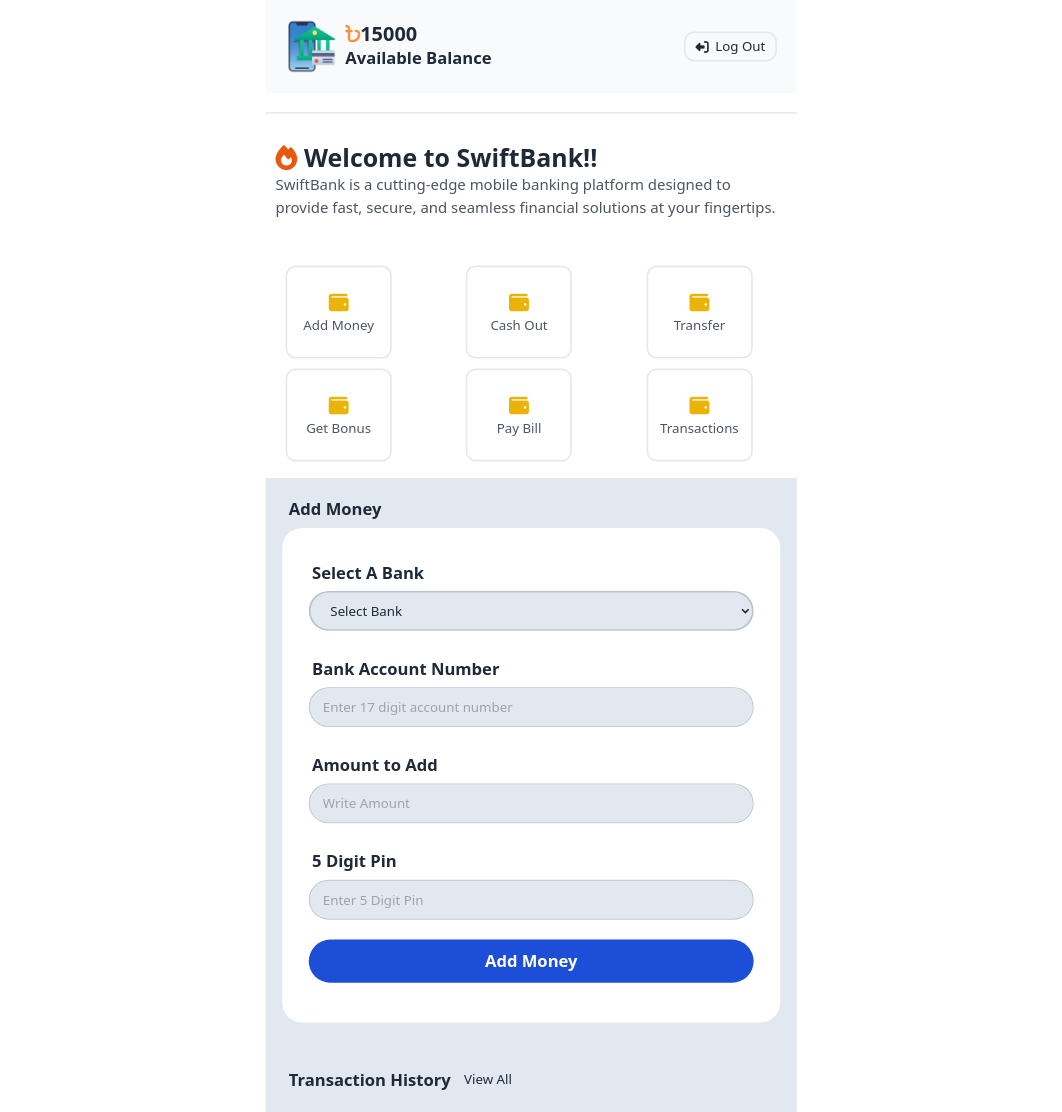
Repository: mukaddam-coder/swift-bank-mobile-banking
Page: home.html
The author's editor kept a copy of each file at every save. The page is drawn from the files as they stood at one save, then again after the next save.
The browser window is 1280 px wide. The pictures show the whole page, at 83% of full size.
Some web libraries are served in a nearby version.

Above is the page before, as saved 2024-12-15 02:40:39.

### home.html
<!DOCTYPE html>
<html lang="en">
<head>
    <meta charset="UTF-8">
    <meta name="viewport" content="width=device-width, initial-scale=1.0">
    <title>SwiftBank</title>
    <!-- Fontawesome CDN -->
    <script src="https://kit.fontawesome.com/c4e7b2ed2f.js" crossorigin="anonymous"></script>
    <!-- Google Fonts -->
    <link rel="preconnect" href="https://fonts.googleapis.com">
    <link rel="preconnect" href="https://fonts.gstatic.com" crossorigin>
    <link href="https://fonts.googleapis.com/css2?family=Montserrat:ital,wght@0,100..900;1,100..900&display=swap" rel="stylesheet">
    <!-- Tailwind + DaisyUi CDN -->
    <link href="https://cdn.jsdelivr.net/npm/daisyui@4.12.19/dist/full.min.css" rel="stylesheet" type="text/css" />
    <script src="https://cdn.tailwindcss.com"></script>

</head>
<body>

<main>
  <div class="w-1/2 mx-auto p-6 bg-slate-50 h-full flex justify-between items-center">
    <div class="flex gap-2">
        <!-- Logo -->
    <div>
    <img class="w-16 h-16" src="images/mobile-banking.png">
    </div>
    <div>
   <h2 class="text-2xl font-bold" id="main-balance">
   <i class="fa-solid fa-bangladeshi-taka-sign text-orange-400"></i>15000</h2>
   <p class="font-semibold text-xl">Available Balance</p>
</div>
</div>
<div>
<button class="border-2 w-28 px-1 py-1 rounded-xl"> <i class="fa-solid fa-right-from-bracket rotate-180 mr-2"></i>Log Out</button>
</div>
        </div>
    <div class="divider w-1/2 mx-auto"></div>
    <!-- Greetings Section -->
        <section class="w-1/2 mx-auto p-3">
            <h1 class="font-bold text-3xl"><i class="fa-solid fa-fire text-orange-600 text-3xl mr-2"></i>Welcome to SwiftBank!!</h1>
            <p class="text-gray-600 text-lg">
                SwiftBank is a cutting-edge mobile banking platform designed to provide fast, secure, and seamless financial solutions at your fingertips.
            </p>
        </section>
     <!-- User Actionable Dashboard -->

     <section class="w-1/2 mx-auto py-8 grid grid-cols-3 gap-3">

            <div class="w-32 h-28 ml-3 p-3">
                <button id="show-add-money-section" class="border-2 w-32 h-28 rounded-xl bg-white text-gray-600">
                    <p>
                <i class="fa-solid fa-wallet text-yellow-500 text-2xl"></i>
                    </p>
                Add Money
            </button>
                </div>
                <div class="w-32 h-28 ml-3 p-3">
                <button id="show-cash-out-section" class="border-2 w-32 h-28 rounded-xl bg-white text-gray-600">
                    <p>
                <i class="fa-solid fa-wallet text-yellow-500 text-2xl"></i>
                    </p>
                Cash Out
            </button>
                </div>
                <div class="w-32 h-28 ml-3 p-3">
                <button id="show-money-transfer-section" class="border-2 w-32 h-28 rounded-xl bg-white text-gray-600">
                    <p>
                <i class="fa-solid fa-wallet text-2xl text-yellow-500"></i>
                    </p>
                Transfer
            </button>
                </div>
                <div class="w-32 h-28 ml-3 p-3">
                <button id="show-get-bonus-section" class="border-2 w-32 h-28 rounded-xl bg-white text-gray-600">
                    <p>
                <i class="fa-solid fa-wallet text-2xl text-yellow-500"></i>
                    </p>
                Get Bonus
            </button>
                </div>
                <div class="w-32 h-28 ml-3 p-3">
                <button id="show-pay-bill-section" class="border-2 w-32 h-28 rounded-xl bg-white text-gray-600">
                    <p>
                <i class="fa-solid fa-wallet text-2xl text-yellow-500"></i>
                    </p>
                Pay Bill
            </button>
                </div>
                <div class="w-32 h-28 ml-3 p-3">
                <button class="border-2 w-32 h-28 rounded-xl bg-white text-gray-600">
                    <p>
                <i class="fa-solid fa-wallet text-2xl text-yellow-500"></i>
                    </p>
                Transactions
            </button>
    </div>
      </section>
      <!-- Add Money Section Start -->
      <section id ="add-money-section" class="w-1/2 mx-auto px-5 py-4 bg-slate-200">
        <h2 class="p-2 font-bold text-xl">Add Money</h2>
        <form class="card-body bg-white rounded-3xl">
            <div class="form-control mb-4">
              <label class="label">
                <span class="label-text font-semibold text-xl">Select A Bank</span>
              </label>
              <select id="bank"  class="input-bordered rounded-full bg-slate-200 h-12 px-5 border-2">
                <option value="Select Bank">Select Bank</option>
                <option value="AB Bank PLC">AB Bank PLC</option>
                <option value="Bangladesh Commerce Bank Limited">Bangladesh Commerce Bank Limited</option>
                <option value="Islami Bank Bangladesh PLC">Islami Bank Bangladesh PLC</option>
                <option value="Dutch-Bangla Bank PLC">Dutch-Bangla Bank PLC</option>
                <option value="Jamuna Bank Limited">Jamuna Bank Limited</option>
                <option value="Trust Bank PLC">Trust Bank PLC</option>
              </select>
              </div>
            <div class="form-control mb-4">
              <label class="label">
                <span class="label-text font-semibold text-xl">Bank Account Number</span>
              </label>
              <input id="input-bank-account-field" type="text" placeholder="Enter 17 digit account number" class="input input-bordered rounded-full bg-slate-200" required />
            </div>
            <div class="form-control mb-4">
              <label class="label">
                <span class="label-text font-semibold text-xl">Amount to Add</span>
              </label>
              <input id="input-amount-field" type="text" placeholder="Write Amount" class="input input-bordered rounded-full bg-slate-200" required />
              </div>
            <div class="form-control mb-4">
              <label class="label">
                <span class="label-text font-semibold text-xl">5 Digit Pin</span>
              </label>
              <input id="input-add-money-pin-number" type="password" placeholder="Enter 5 Digit Pin" class="input input-bordered rounded-full bg-slate-200" required />
              </div>
            <div class="form-control mb-4">
              <button id="btn-add-money" class="bg-blue-700 font-bold text-xl text-white p-3 rounded-full">Add Money</button>
            </div>
          </form>
          <!-- Result Message -->
        <p id="result-message" class="text-center font-bold text-lg mt-4"></p>
      </section>
      <!-- Add Money Section End -->

      <!-- Cash Out Section Start -->
      <section id ="cash-out-section" class="hidden w-1/2 mx-auto px-5 py-4 bg-slate-200">
        <h2 class="p-2 font-bold text-xl">Cash Out</h2>
        <form class="card-body bg-white rounded-3xl">
            <div class="form-control mb-4">
              <label class="label">
                <span class="label-text font-semibold text-xl">Agent Number</span>
              </label>
              <input type="number" id="input-cash-out-phone" placeholder="Enter 11 digit number" class="input input-bordered rounded-full bg-slate-200" maxlength="11" required >
              </div>
             <div class="form-control mb-4">
              <label class="label">
                <span class="label-text font-semibold text-xl">Withdrawal Amount</span>
              </label>
              <input id="input-cash-out-field" type="text" placeholder="Write Amount" class="input input-bordered rounded-full bg-slate-200" required />
            </div>
            <div class="form-control mb-4">
              <label class="label">
                <span class="label-text font-semibold text-xl">5 Digit Pin</span>
              </label>
              <input id="input-cash-out-pin-number" type="password" placeholder="Enter 5 Digit Pin" class="input input-bordered rounded-full bg-slate-200" required />
              </div>
          <div class="form-control mb-4">
              <button id="btn-cash-out" class="bg-blue-700 font-bold text-xl text-white p-3 rounded-full">Cash Out</button>
            </div>
          </form>
      </section>
     <!-- Cash Out Section End -->

     <!-- Money Transfer Section Start -->
     <section id ="money-transfer-section" class="hidden w-1/2 mx-auto px-5 py-4 bg-slate-200">
      <h2 class="p-2 font-bold text-xl">Money Transfer</h2>
      <form class="card-body bg-white rounded-3xl">
          <div class="form-control mb-4">
            <label class="label">
              <span class="label-text font-semibold text-xl">User Account Number</span>
            </label>
            <input type="number" id="input-money-transfer-number" placeholder="Enter 11 digit number" class="input input-bordered rounded-full bg-slate-200" maxlength="11" required >
            </div>
           <div class="form-control mb-4">
            <label class="label">
              <span class="label-text font-semibold text-xl">Amount</span>
            </label>
            <input id="input-money-transfer-amount" type="text" placeholder="Enter Amount to transfer" class="input input-bordered rounded-full bg-slate-200" required />
          </div>
          <div class="form-control mb-4">
            <label class="label">
              <span class="label-text font-semibold text-xl">5 Digit Pin</span>
            </label>
            <input id="input-money-transfer-pin" type="password" placeholder="Enter 5 Digit Pin" class="input input-bordered rounded-full bg-slate-200" required />
            </div>
           <div class="form-control mb-4">
            <button id="btn-money-transfer" class="bg-blue-700 font-bold text-xl text-white p-3 rounded-full">Send Now</button>
          </div>
        </form>
    </section>
     <!-- Money Transfer Section End -->

     <!-- Get Bonus Section Start -->
     <section id ="get-bonus-section" class="hidden w-1/2 mx-auto px-5 py-4 bg-slate-200">
      <h2 class="p-2 font-bold text-xl">Get Bonus</h2>
      <form class="card-body bg-white rounded-3xl">
          <div class="form-control mb-4">
            <label class="label">
              <span class="label-text font-semibold text-xl">Bonus Coupon</span>
            </label>
            <input type="text" id="input-bonus-coupon" placeholder="Enter coupon code" class="input input-bordered rounded-full bg-slate-200" maxlength="11" required >
            </div>

           <div class="form-control mb-4">
            <button id="btn-get-bonus" class="bg-blue-700 font-bold text-xl text-white p-3 rounded-full">Get Bonus</button>
          </div>
        </form>
    </section>
     <!-- Get Bonus Section End -->

     <!-- Pay Bill Section Start -->
     <section id ="pay-bill-section" class="hidden w-1/2 mx-auto px-5 py-4 bg-slate-200">
      <h2 class="p-2 font-bold text-xl">Pay Bill</h2>
      <form class="card-body bg-white rounded-3xl">
          <div class="form-control mb-4">
            <label class="label">
              <span class="label-text font-semibold text-xl">Select to Pay</span>
            </label>
            <select id="payment-list"  class="input-bordered rounded-full bg-slate-200 h-12 px-5 border-2">
              <option value="Select option">Select Payment Option</option>
              <option value="Electricity Bill">Electricity Bill</option>
              <option value="Gas Bill">Gas Bill</option>
              <option value="Water Bill">Water Bill</option>
              <option value="Internet Bill">Internet Bill</option>
              <option value="Mobile Recharge">Mobile Recharge</option>
              <option value="Tax Payments">Tax Payments</option>
              <option value="College/University Tuition Fees">College/University Tuition Fees</option>
              <option value="Bus/Train Tickets">Bus/Train Tickets</option>
              <option value="Bus/Train Tickets">Passport or Visa Fees</option>
              <option value="Credit Card Bill Payments">Credit Card Bill Payments</option>
            </select>
            </div>
           <div class="form-control mb-4">
            <label class="label">
              <span class="label-text font-semibold text-xl">Billar Account Number</span>
            </label>
            <input id="input-billar-account-number-field" type="text" placeholder="Enter account number" class="input input-bordered rounded-full bg-slate-200" required />
            </div>
          <div class="form-control mb-4">
            <label class="label">
              <span class="label-text font-semibold text-xl">Amount to Pay</span>
            </label>
            <input id="input-pay-bill-amount-field" type="number" placeholder="Write Amount" class="input input-bordered rounded-full bg-slate-200" required />
            </div>
          <div class="form-control mb-4">
            <label class="label">
              <span class="label-text font-semibold text-xl">5 Digit Pin</span>
            </label>
            <input id="input-pay-bill-pin-number" type="password" placeholder="Enter 5 Digit Pin" class="input input-bordered rounded-full bg-slate-200" required />
            </div>
          <div class="form-control mb-4">
            <button id="btn-pay-bill" class="bg-blue-700 font-bold text-xl text-white p-3 rounded-full">Pay Now</button>
          </div>
        </form>
        <!-- Result Message -->
        <p id="result-message" class="text-center font-bold text-lg mt-4"></p>
    </section>
     <!-- Pay Bill Section End -->

     <!-- Transaction History Start -->
     <section id ="transaction-history-section" class="w-1/2 mx-auto px-5 py-4 bg-slate-200">
      <div class="flex">
        <h2 class="p-2 font-bold text-xl">Transaction History</h2>
        <p class="p-2">
          <a href="">View All</a>
        </p>
      </div>
    </section>
     <!-- Transaction History End -->
      <script src="Jscript/utilities.js"></script>
      <script src="Jscript/add-money.js"></script>
      <script src="Jscript/cash-out.js"></script>
      <script src="Jscript/features.js"></script>
      <script src="Jscript/money-transfer.js"></script>
      <script src="Jscript/bonus.js"></script>
      <script src="Jscript/pay-bill.js"></script>
       </main>

</body>
</html>

### Jscript/utilities.js
function getInputFieldValueById(id){
    const inputValue = document.getElementById(id).value;
    const inputNumber = parseFloat(inputValue);
    return inputNumber;
}


function getTextFieldValueById(id){
    const textValue = document.getElementById(id).innerText;
    const textNumber = parseFloat(textValue);
    return textNumber;
}

function showSectionById(id){
    // Hide all the section
    document.getElementById('add-money-section').classList.add('hidden');
    document.getElementById('cash-out-section').classList.add('hidden');
    document.getElementById('money-transfer-section').classList.add('hidden');
    document.getElementById('get-bonus-section').classList.add('hidden');
    document.getElementById('pay-bill-section').classList.add('hidden');
//    Show the section with the provided id
    document.getElementById(id).classList.remove('hidden');
};

### Jscript/add-money.js
document.getElementById('btn-add-money').addEventListener('click', function(event){
    event.preventDefault();

   const addMoney = getInputFieldValueById('input-amount-field');
   const pinNumber = getInputFieldValueById('input-add-money-pin-number');
   const bankAccNumber = getInputFieldValueById('input-bank-account-field');
   const mainBalance = getTextFieldValueById('main-balance');


    if(isNaN(addMoney)){
        alert('Please enter a positive number to add money.');
        return;
    }

    if(addMoney <= 0 ){
        alert('Please enter a positive number to add money.')
    }

   if(pinNumber === 19945 && bankAccNumber >= 6){
        const newBalance = mainBalance + addMoney;
        document.getElementById('main-balance').innerText = newBalance;
   }
   else{
    alert('Failed to add money!Please try again.')
   }
})

### Jscript/cash-out.js
document.getElementById('btn-cash-out').addEventListener('click', function(event){
    event.preventDefault();
    const cashOut = getInputFieldValueById('input-cash-out-field');
    const cashOutPin = getInputFieldValueById('input-cash-out-pin-number');
    const agentNumber = getInputFieldValueById('input-cash-out-phone');


    if(isNaN(cashOut)){
        alert('Please enter a positive number to cash out.')
        return;
    }
    if(cashOut <= 0){
        alert('Please enter a valid amount to cash out.')
        return;
    }

    if(cashOut > mainBalance){
        alert('You do not have sufficient balance to cash out.');
        return;
    }

    if(cashOutPin === 19945 && agentNumber === 1735109219){
        const mainBalance = getTextFieldValueById('main-balance');
        const newBalance = mainBalance - cashOut;
     document.getElementById('main-balance').innerText = newBalance;
    }
    else{
        alert('Failed to cash out! Please try again.')
    }
})

### Jscript/features.js

// The add money section will show when the add money button is clicked.
document.getElementById('show-add-money-section').addEventListener('click', function(){
    showSectionById('add-money-section');
});

// The cash-out section will show when the cash-out button is clicked.
document.getElementById('show-cash-out-section').addEventListener('click', function(){
    showSectionById('cash-out-section')
});

// The money transfer section will show when the money transfer button is clicked.

document.getElementById('show-money-transfer-section').addEventListener('click', function(){
    showSectionById('money-transfer-section');
});


document.getElementById('show-get-bonus-section').addEventListener('click', function(){
    showSectionById('get-bonus-section');
});

document.getElementById('show-pay-bill-section').addEventListener('click', function(){
    showSectionById('pay-bill-section');
})

### Jscript/money-transfer.js
document.getElementById('btn-money-transfer').addEventListener('click', function(event){
      event.preventDefault();
      const userAccountNumber = getInputFieldValueById('input-money-transfer-number');
      const transferMoneyAmount = getInputFieldValueById('input-money-transfer-amount');
      const transferMoneyPin = getInputFieldValueById('input-money-transfer-pin');

      const mainBalance = getTextFieldValueById('main-balance');

    //   Validate transfer money
      if(isNaN(transferMoneyAmount)){
        alert('Please enter a positive number to transfer money.');
        return;
      }

      if(transferMoneyAmount <= 0){
        alert('Please enter a valid amount to transfer money.');
        return;
      }

      if(transferMoneyAmount > mainBalance){
        alert('You do not have sufficient balance to transfer.')
      }

      if(transferMoneyPin === 19945 && userAccountNumber === 1621414498){

        const newBalance = mainBalance - transferMoneyAmount;
        document.getElementById('main-balance').innerText = newBalance;
      }
      else{
        alert('Failed to transfer money! Please try again.')
      }
})

### Jscript/bonus.js
document.getElementById('btn-get-bonus').addEventListener('click', function(event){
    event.preventDefault();
    const getBonusInput = document.getElementById('input-bonus-coupon').value.trim();
    const mainBalanceText = document.getElementById('main-balance').innerText;
    const mainBalance = parseFloat(mainBalanceText);
    const couponCode = 'BONUS10';

    if(getBonusInput === couponCode){
        const bonusAmount = 100;
        const newBalance = mainBalance + bonusAmount;
        document.getElementById('main-balance').innerText = newBalance;
    }
    else{
        alert('Invalid Coupon Code! Please try again.')
    }
})

### Jscript/pay-bill.js
document.getElementById('btn-pay-bill').addEventListener('click', function(event){
         event.preventDefault();

         const paymentList = document.getElementById('payment-list').value;
         const accountNumber = getInputFieldValueById('input-billar-account-number-field');
         const payBillAmount = getInputFieldValueById('input-pay-bill-amount-field');
         const payBillPin = getInputFieldValueById('input-pay-bill-pin-number');

         const mainBalance = getTextFieldValueById('main-balance');

         if(isNaN(payBillAmount)){
            alert('Please enter a positive number.');
            return;
         }

         if(payBillAmount <= 0){
            alert('Please enter a valid amount greater than 0.');
            return;
         }

         if(payBillAmount > mainBalance){
            alert('You do not have sufficient balance to complete the payment.')
            return;
         }

         if(payBillPin === 19945 && accountNumber === 1629501006323){
            const newBalance = mainBalance - payBillAmount;
            document.getElementById('main-balance').innerText = newBalance;

         }

         else{
            alert('Invalid PIN or Account Number! Please try again.')
         }
})

After the next save:
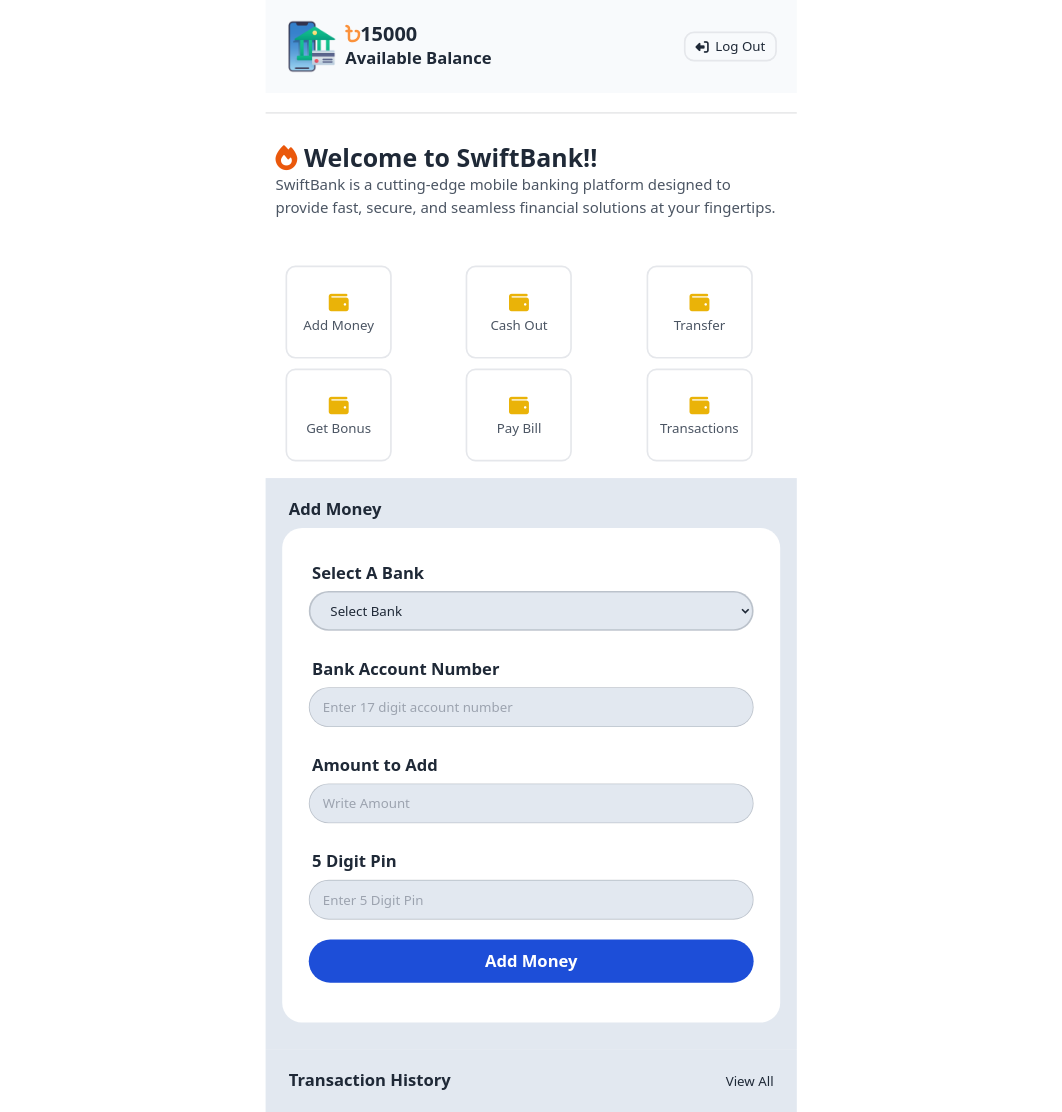
Saved 14 s later.
--- a/home.html
+++ b/home.html
@@ -267,7 +267,7 @@
 
      <!-- Transaction History Start -->
      <section id ="transaction-history-section" class="w-1/2 mx-auto px-5 py-4 bg-slate-200">
-      <div class="flex">
+      <div class="flex justify-between items-center">
         <h2 class="p-2 font-bold text-xl">Transaction History</h2>
         <p class="p-2">
           <a href="">View All</a>
